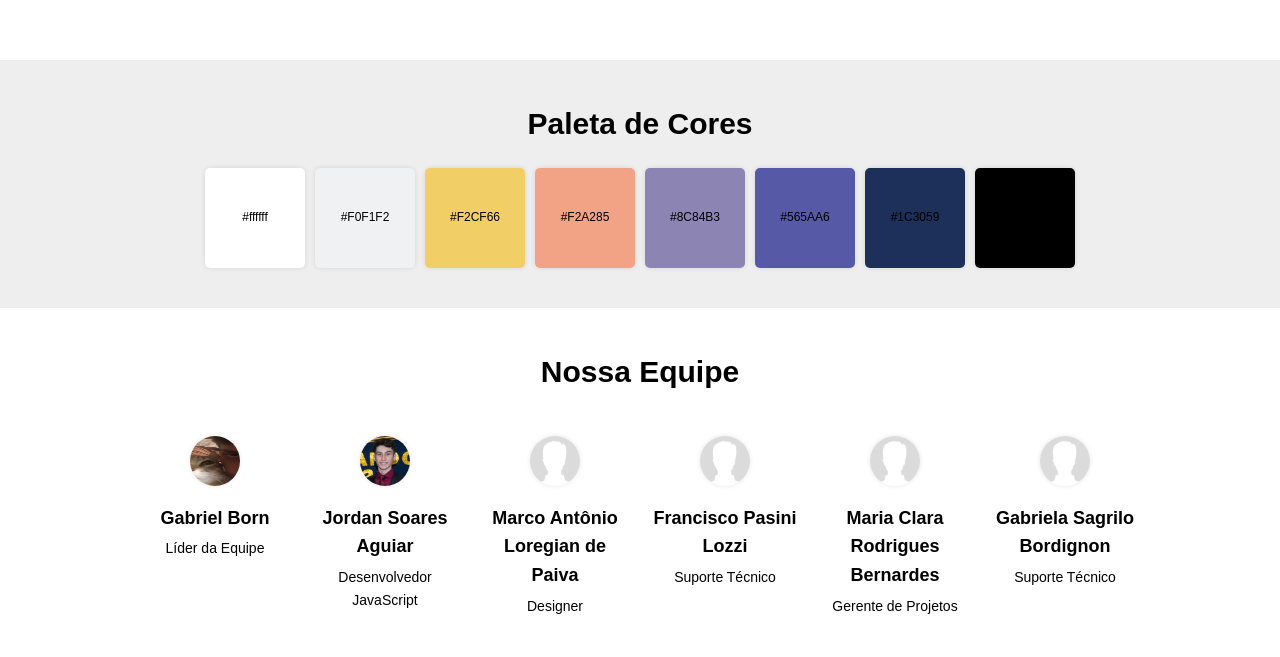
Repository: Gabrielb0rn/0EasyDesk.io
Page: about.html
These files come from the project's save history. The page is drawn as it stood at one moment and after a run of saves; the edit follows.
The browser window is 1280 px wide. The pictures show the part of the page from y = 936 to 1593 px (the page is 1593 px tall).

Above is the page before, as saved 2024-11-26 12:25:43.
Console error: TypeError: Cannot set properties of null (setting 'innerHTML')

After the next 2 saves:
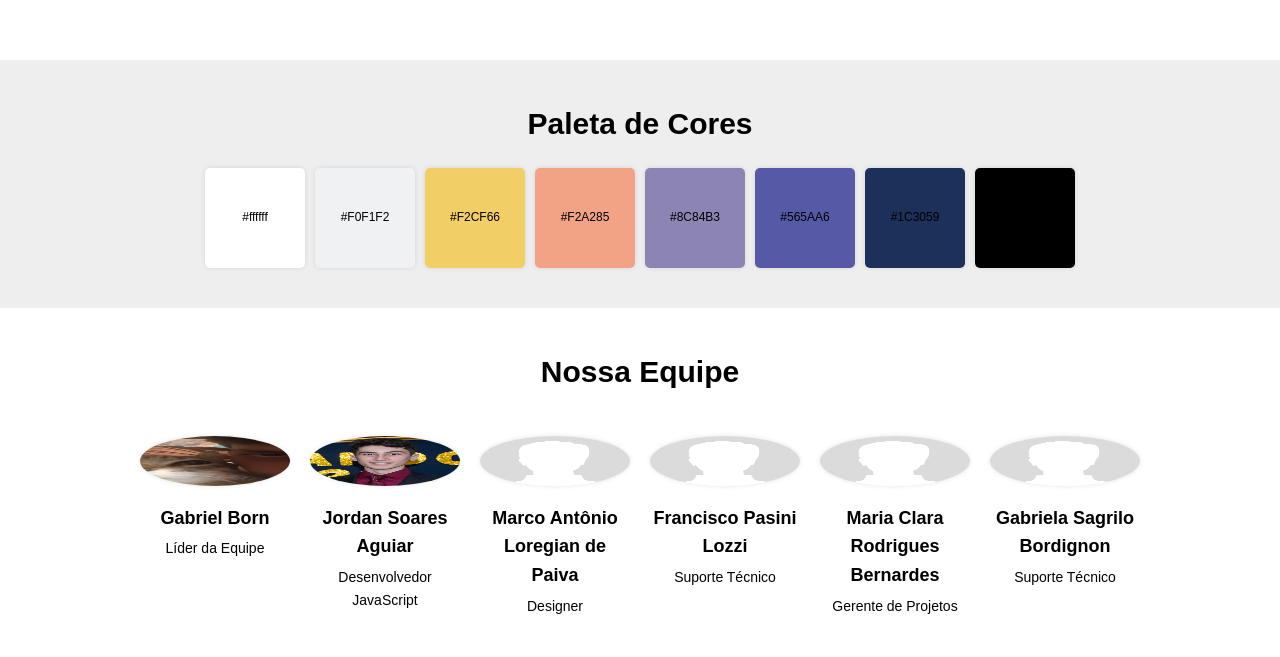
The 2 saves are shown as one change because they came seconds apart.
The last was saved 10 s later.
--- a/assets/.css/components/about/about.css
+++ b/assets/.css/components/about/about.css
@@ -88,7 +88,7 @@
 }
 
 .member img {
-    width: 50px;
+    width: 100%;
     height: 50px;
     border-radius: 50%;
     box-shadow: 0 0 5px rgba(0, 0, 0, 0.1);
